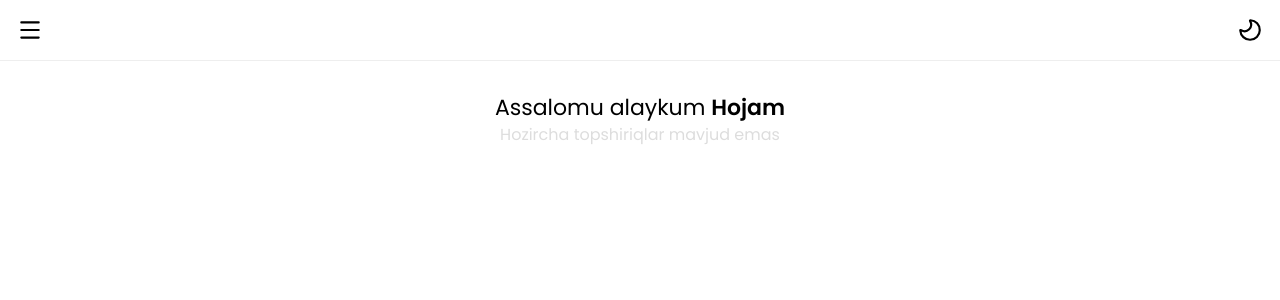
Repository: zaynobiddinovofficel-debug/KotibaAI
Page: / (app in web/)
These files come from the project's save history. The page is drawn as it stood at one moment and after the next save; the edit follows.
The browser window is 1280 px wide. The pictures show the whole page.
Some web fonts or font styles are not loaded; a fallback is used. The project was rebuilt for these pictures with package versions that can differ from the ones it lists, and the page was loaded fresh each time. Also part of the build but not shown: web/vite.config.js.

Above is the page before, as saved 2026-03-25 20:19:20.

After the next save:
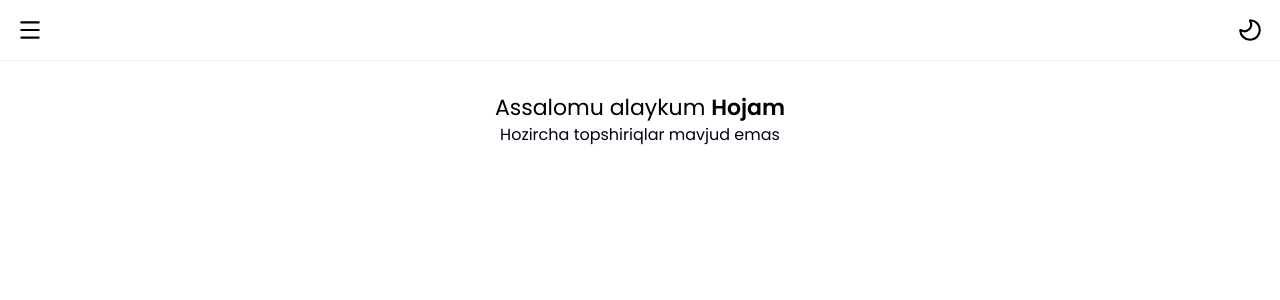
Saved 6 s later.
--- a/web/src/App.jsx
+++ b/web/src/App.jsx
@@ -19,7 +19,7 @@ export default function App() {
     <span className="text-[22px] leading-none">Assalomu alaykum <b className="font-[550]">
       {username==null?"Hojam":username}
     </b></span>
-    <span className="leading-none text-[#ddd]">Hozircha topshiriqlar mavjud emas</span>
+    <span className="leading-none text-[#001]">Hozircha topshiriqlar mavjud emas</span>
     </div>}
     <div className="px-3 py-3 max-w-[1280px] w-full flex justify-center">
 
